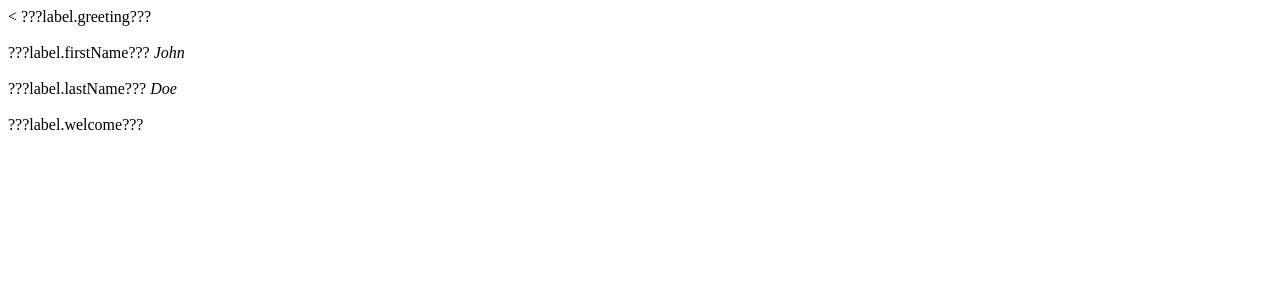
Repository: linhphan98/JavaDatabase
Page: http://localhost/MultiLingualWebApp/i18n-messages.jsp
An editor plug-in stored every save of this project. The page is shown before and after the next save, followed by the edit.
The browser window is 1280 px wide. The pictures show the whole page.
The page is served by Tomcat 9.

Above is the page before, as saved 2020-01-14 19:58:38.

After the next save:
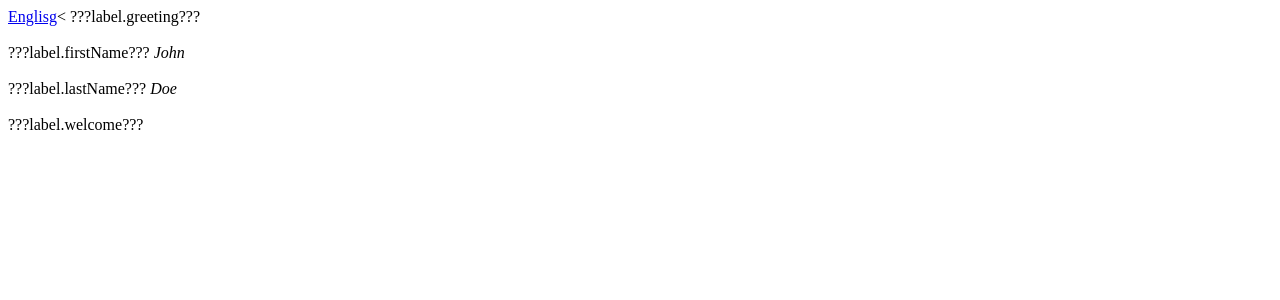
Saved 43 s later.
--- a/MultiLingualWebApp/WebContent/i18n-messages.jsp
+++ b/MultiLingualWebApp/WebContent/i18n-messages.jsp
@@ -4,7 +4,7 @@
 <html>
 	<body>
 
-		<a href="jsp.i18n.resources"></a><
+		<a href="i18n-messages"?theLocale=en_US">Englisg</a><
 
 		<fmt:message key="label.greeting"/> <br/><br/>
 
